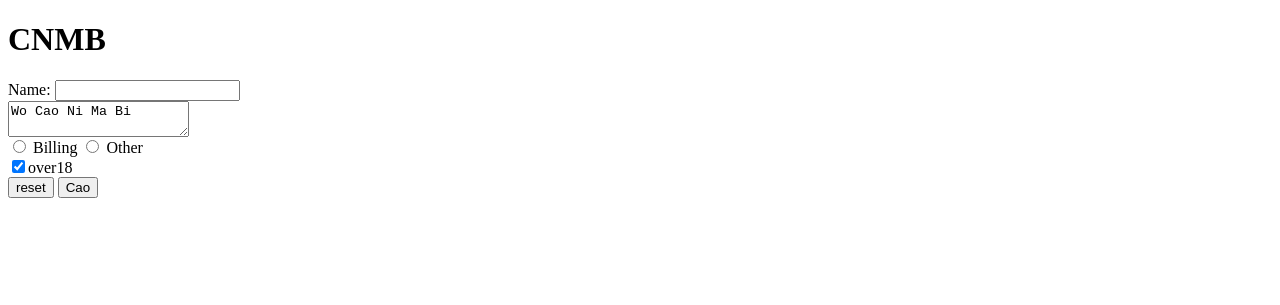
Repository: FWBMKII/csc207
Page: cnmb/cnmb.html
These files come from the project's save history. The page is drawn as it stood at one moment and after the next save; the edit follows.
The browser window is 1280 px wide. The pictures show the whole page.

Above is the page before, as saved 2015-04-27 20:09:57.

### cnmb/cnmb.html
<!DOCTYPE html PUBLIC "-//W3C//DTD HTML 4.01 Transitional//EN" "http://www.w3.org/TR/html4/loose.dtd">
<html>
<head>
<meta http-equiv="Content-Type" content="text/html; charset=UTF-8">
<title>（╯‵□′）╯︵┴─┴</title>
</head>
<body>
	<form action="cnmb.php" method="get">
		<h1>CNMB</h1>
		Name: <input type="text" name="name"/><br/>
		<textarea name="wcnmb">Wo Cao Ni Ma Bi</textarea>
		<br/>
		<input type="radio" name="address" value="billing"> Billing
		<input type="radio" name="address" value="other"> Other
		<br/>
		<input type="checkbox" name="over18" checked/>over18
		<br/>
		<input type="reset" value="reset"/>
		<input type="submit" value="Cao"/>
	</form>
</body>
</html>

After the next save:
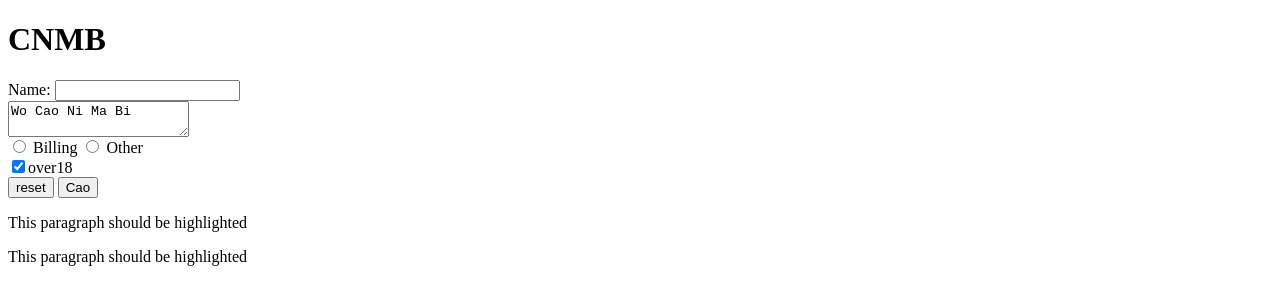
Saved 2 min 16 s later.
--- a/cnmb/cnmb.html
+++ b/cnmb/cnmb.html
@@ -18,5 +18,10 @@
 		<input type="reset" value="reset"/>
 		<input type="submit" value="Cao"/>
 	</form>
+
+	<div>
+		<p>This paragraph should be highlighted</p>
+		<p>This paragraph should be highlighted</p>
+	</div>
 </body>
 </html>
